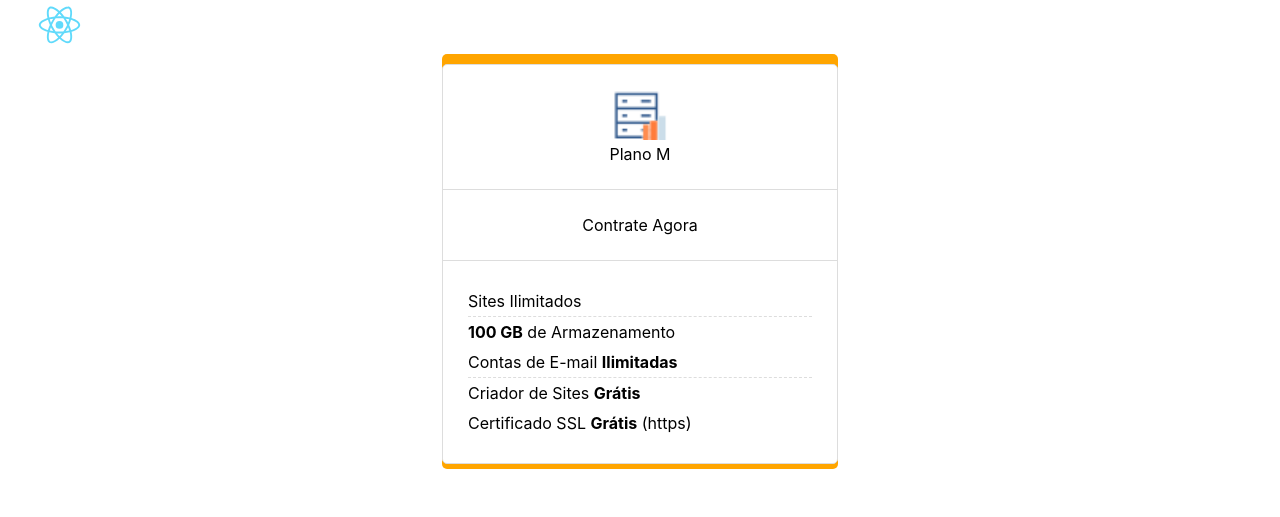
Repository: gatomazi/hostgatorFrontend
Page: /
The author's editor kept a copy of each file at every save. The page is drawn from the files as they stood at one save, then again after the next save.
The browser window is 1280 px wide. The pictures show the whole page.
The project was rebuilt for these pictures with package versions that can differ from the ones it lists, and the page was loaded fresh each time.

Above is the page before, as saved 2020-01-24 11:25:39.

### src/App.js
import React from "react";

import "./App.css";
import Topbar from "./components/Topbar";
import Plano from "./components/Plano";
function App() {
  return (
    <div className="App">
      <Topbar />
      <Plano />
    </div>
  );
}

export default App;

### src/components/Topbar.js
import React from "react";

import logo from "../logo.svg";
// import { Link } from "react-router-dom";

import { makeStyles } from "@material-ui/core/styles";
import Grid from "@material-ui/core/Grid";
import Container from "@material-ui/core/Container";

const useStyles = makeStyles(theme => ({
  root: {
    flexGrow: 1
  }
}));

const Topbar = () => {
  const classes = useStyles();
  return (
    <div className={classes.root}>
      <Container maxWidth="lg">
        <Grid item xs={12} style={{ textAlign: "left" }}>
          <img
            style={{ height: 50 }}
            src={logo}
            className="Navbar-logo"
            alt="logo"
          />
        </Grid>
      </Container>
    </div>
  );
};

export default Topbar;

### src/components/Plano.js
import React from "react";
import "./Plano.scss";

import Grid from "@material-ui/core/Grid";
import Container from "@material-ui/core/Container";

import iconPlan from "../assets/icon.png";

const Plano = () => {
  return (
    <div className="root">
      <Container maxWidth="xs">
        <Grid className="orangePlanBg" item xs={12}>
          <div className="planCard">
            <div>
              <img
                style={{ height: 50 }}
                src={iconPlan}
                className="Navbar-logo"
                alt="logo"
              />
              <span>Plano M</span>
            </div>
            <div className="insideDivisor">Contrate Agora</div>
            <div style={{ textAlign: "left" }}>
              <span>Sites Ilimitados</span>
              <span>
                <b>100 GB</b> de Armazenamento
              </span>
              <span>
                Contas de E-mail <b>Ilimitadas</b>
              </span>
              <span>
                Criador de Sites <b>Grátis</b>
              </span>
              <span>
                Certificado SSL <b>Grátis</b> (https)
              </span>
            </div>
          </div>
        </Grid>
      </Container>
    </div>
  );
};

const borderColor = "#ddd";

export default Plano;

### src/components/Plano.scss
.root {
  flex-grow: 1;
}
.orangePlanBg {
  background-color: orange;
  padding-bottom: 5px;
  padding-top: 10px;
  border-radius: 5px;
}
.planCard {
  background-color: #fff;
  border: 1px solid #ddd;
  border-radius: 5px;
  div {
    padding: 25px;
    span {
      display: block;
    }
    &:last-child {
      span {
        padding: 5px 0px;
        &:first-child,
        &:nth-child(3) {
          border-bottom: dashed 0.8px #ddd;
        }
      }
    }
  }
}

.insideDivisor {
  border-bottom: 0.5px;
  border-bottom-color: #ddd;
  border-bottom-style: solid;
  /* border-bottom: 0.5; */
  border-top: 0.5px;
  border-top-color: #ddd;
  border-top-style: solid;
  /* border-top: 0.5; */
}

Loaded but not shown: public/index.html (common file); src/index.js (common file); src/index.css (common file); src/serviceWorker.js (common file); src/App.css (common file)

After the next save:
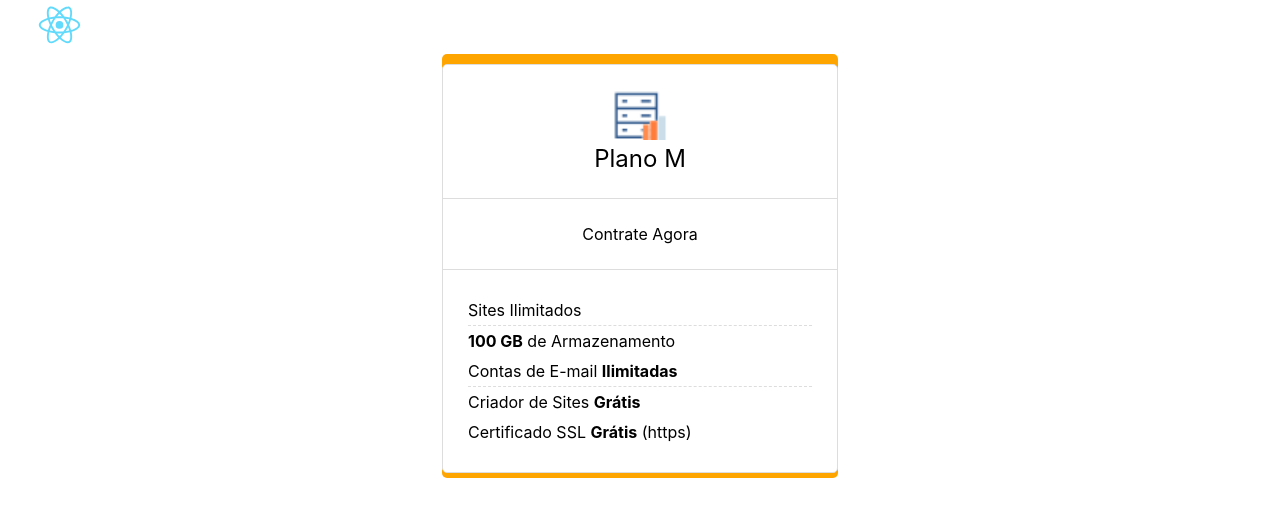
Saved 109 s later.
--- a/src/components/Plano.scss
+++ b/src/components/Plano.scss
@@ -15,6 +15,11 @@
     padding: 25px;
     span {
       display: block;
+    }
+    &:first-child {
+      span {
+        font-size: 24px;
+      }
     }
     &:last-child {
       span {
